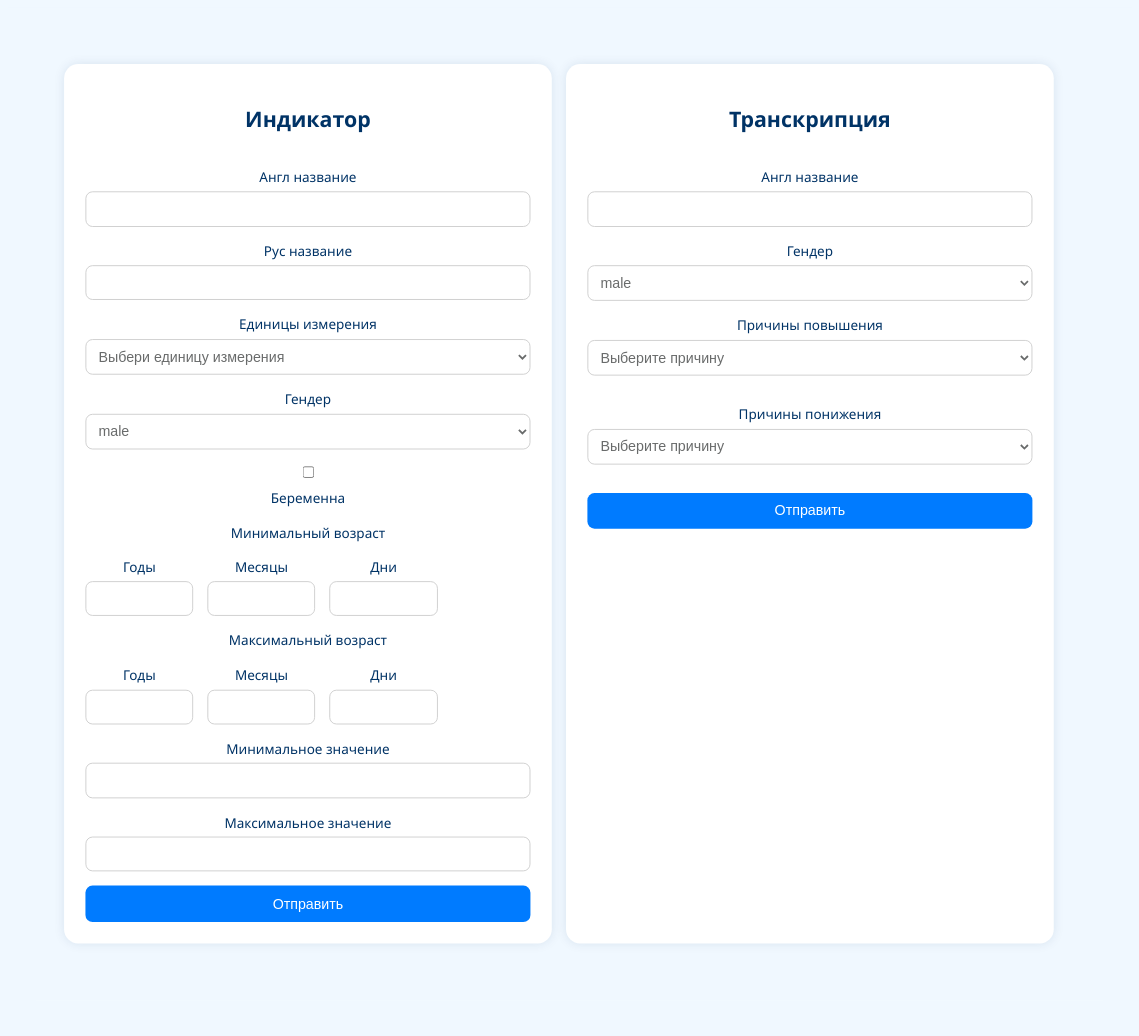
Repository: GGlebux/Transay
Page: / (app in frontend/)
An editor plug-in stored every save of this project. The page is shown before and after a run of saves, followed by the edit.
The browser window is 1280 px wide. The pictures show the whole page, at 89% of full size.
The project was rebuilt for these pictures with package versions that can differ from the ones it lists, and the page was loaded fresh each time. Also part of the build but not shown: frontend/vite.config.ts.

Above is the page before, as saved 2025-08-04 17:02:20.

After the next 3 saves:
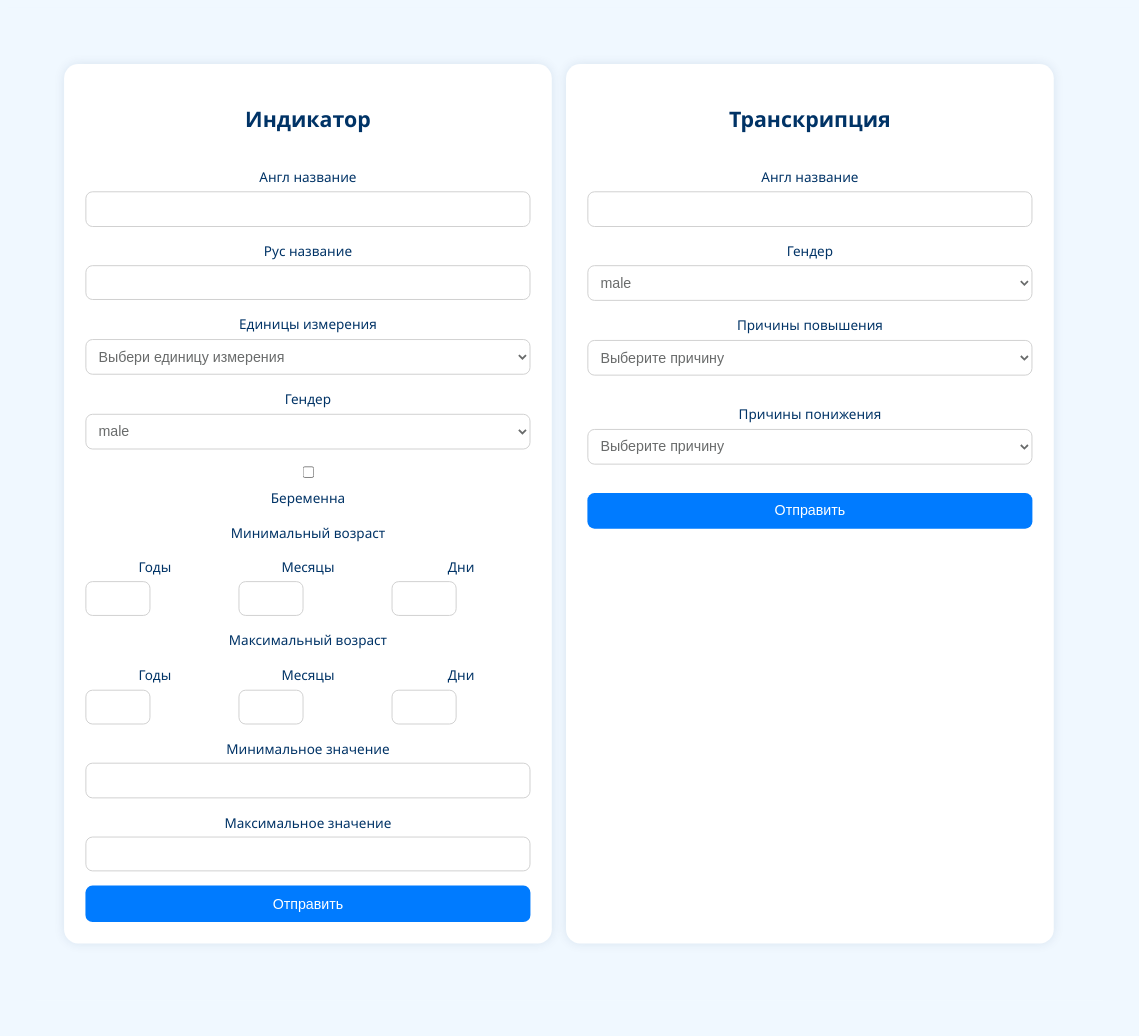
The 3 saves are shown as one change because they came seconds apart.
The last was saved 15 s later.
--- a/frontend/src/styles/forms.css
+++ b/frontend/src/styles/forms.css
@@ -72,7 +72,7 @@ button:hover {
 }
 
 .age-row input {
-  width: 100px;
+  width: 33%;
 }
 
 .checkbox {
